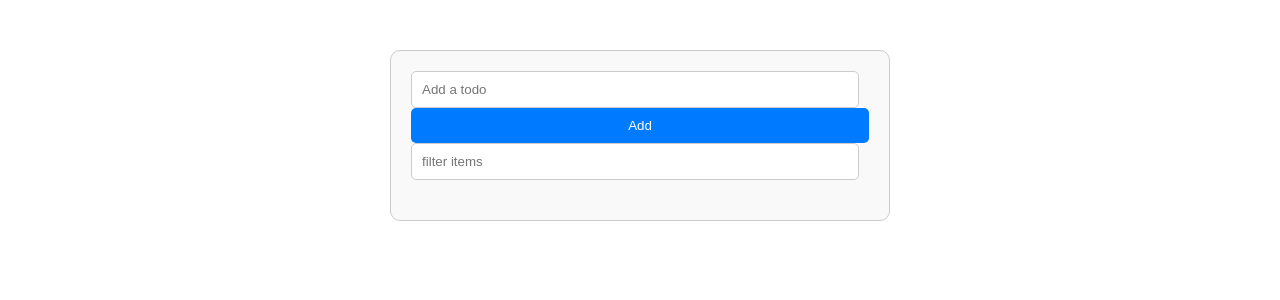
Repository: Fariadd/Vanilla-JS
Page: movieAPI/index.html
An editor plug-in stored every save of this project. The page is shown before and after the next save, followed by the edit.
The browser window is 1280 px wide. The pictures show the whole page.

Above is the page before, as saved 2024-10-02 20:24:09.

### movieAPI/index.html
<!DOCTYPE html>
<html lang="en">
  <head>
    <meta charset="UTF-8" />
    <meta name="viewport" content="width=device-width, initial-scale=1.0" />
    <title>Document</title>
    <link rel="stylesheet" href="style.css" />
  </head>
  <body>
    <div class="container">
      <form class="form" action="">
        <input type="text" placeholder="Add a todo" class="input" />
        <button class="btn" type="submit">Add</button>
        <input type="text" class="input" placeholder="filter items" />
      </form>

      <ul class="card-list"></ul>
    </div>
    <script src="script.js"></script>
  </body>
</html>

### movieAPI/style.css
/* Basic reset */
* {
   margin: 0;
   padding: 0;
   box-sizing: border-box;
 }

 /* Container styling */
 .container {
   max-width: 500px;
   margin: 50px auto;
   padding: 20px;
   border: 1px solid #ccc;
   border-radius: 10px;
   background-color: #f9f9f9;
   column-gap: 10px;
 }

 /* Form styling */
 .form {
   display: flex;
   flex-direction: column;
   justify-content: space-between;
   margin-bottom: 20px;

 }

 .input {
   flex: 1;
   padding: 10px;
   border: 1px solid #ccc;
   border-radius: 5px;
   margin-right: 10px;

 }

 .btn {
   padding: 10px 20px;
   border: none;
   background-color: #007bff;
   color: white;
   border-radius: 5px;
   cursor: pointer;
 }

 .btn:hover {
   background-color: #0056b3;
 }

 /* Todo List */
 .card-list {
   list-style-type: none;
 }

 .card-list li {
   padding: 10px;
   border: 1px solid #ccc;
   border-radius: 5px;
   margin-bottom: 10px;
   display: flex;
   justify-content: space-between;
   align-items: center;
 }

 /* Remove button */
 .remove-btn {
   background-color: #dc3545;
   color: white;
   border: none;
   padding: 5px 10px;
   cursor: pointer;
   border-radius: 5px;
 }

 .remove-btn:hover {
   background-color: #c82333;
 }

### movieAPI/script.js
// const apiURL = "https://fakestoreapi.com/products";
// const container = document.querySelector(".container");

// const promice = async () => {
//   try {
//     const res = await fetch(apiURL);
//     if (!res.ok) throw new Error("wrror resp");
//     const data = await res.json();

//     data.forEach((user) => {
//       const div = document.createElement("div");
//       div.classList.add("card");

//       const titleText = document.createElement("h3");
//       titleText.classList.add("title");
//       titleText.textContent = user.title;

//       const img = document.createElement("img");
//       img.classList.add("image");
//       img.src = user.image;

//       div.appendChild(titleText);
//       div.appendChild(img);
//       container.appendChild(div);
//     });
//   } catch (err) {
//     console.log(err.message);
//   }
// };
// promice();

const input = document.querySelector(".input");
const form = document.querySelector(".form");
const cardList = document.querySelector(".card-list");

form.addEventListener("submit", (e) => {
  e.preventDefault();

  let inputValue = input.value.trim();
  if (inputValue === "") {
    alert("add a todo");
    return;
  }

  if (existingItem(inputValue)) {
    alert("Item already exists!");
    return;
  }
  createTodo(inputValue);
  addItemToStorage(inputValue);

  input.value = "";
});
function createTodo(todoText) {
  const li = document.createElement("li");
  li.textContent = todoText;

  const btn = document.createElement("button");
  btn.textContent = "Remove";
  btn.classList.add("remove-btn");

  li.appendChild(btn);

  // Append the new todo item to the list
  cardList.appendChild(li);
}
function addItemToStorage(newItem) {
  let itemFromStorage = getItemFromStorage();
  itemFromStorage.push(newItem);
  localStorage.setItem("item", JSON.stringify(itemFromStorage));
}

function getItemFromStorage() {
  let itemFromStorage;
  if (localStorage.getItem("item") === null) {
    itemFromStorage = [];
  } else {
    itemFromStorage = JSON.parse(localStorage.getItem("item"));
  }
  return itemFromStorage;
}

function removeItemFromStorage(event) {
  if (event.target.classList.contains("remove-btn"))
    if (confirm("Delete")) {
      const li = event.target.parentElement;
      const textItem = li.textContent.replace("Remove", "");
      li.remove(); // remove from ui

      // update local storage
      let itemsFromStorage = getItemFromStorage();
      itemsFromStorage = itemsFromStorage.filter((item) => item !== textItem);
      localStorage.setItem("item", JSON.stringify(itemsFromStorage));
    }
}

function existingItem(item) {
  let itemFromStorage = getItemFromStorage();
  return itemFromStorage.includes(item);
}
cardList.addEventListener("input", existingItem);
cardList.addEventListener("click", removeItemFromStorage);

document.addEventListener("DOMContentLoaded", displayItemFromStorage);

function displayItemFromStorage() {
  let itemFromStorage = getItemFromStorage();
  itemFromStorage.forEach((item) => {
    createTodo(item); // Reuse the createTodo function to display each item
  });
}

After the next save:
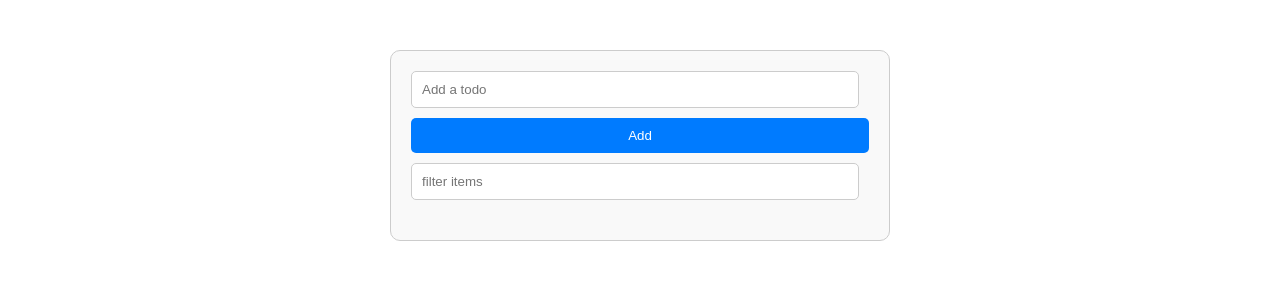
Saved 5 s later.
--- a/movieAPI/style.css
+++ b/movieAPI/style.css
@@ -13,7 +13,7 @@
    border: 1px solid #ccc;
    border-radius: 10px;
    background-color: #f9f9f9;
-   column-gap: 10px;
+
  }
 
  /* Form styling */
@@ -22,7 +22,7 @@
    flex-direction: column;
    justify-content: space-between;
    margin-bottom: 20px;
-
+  gap: 10px;
  }
 
  .input {
